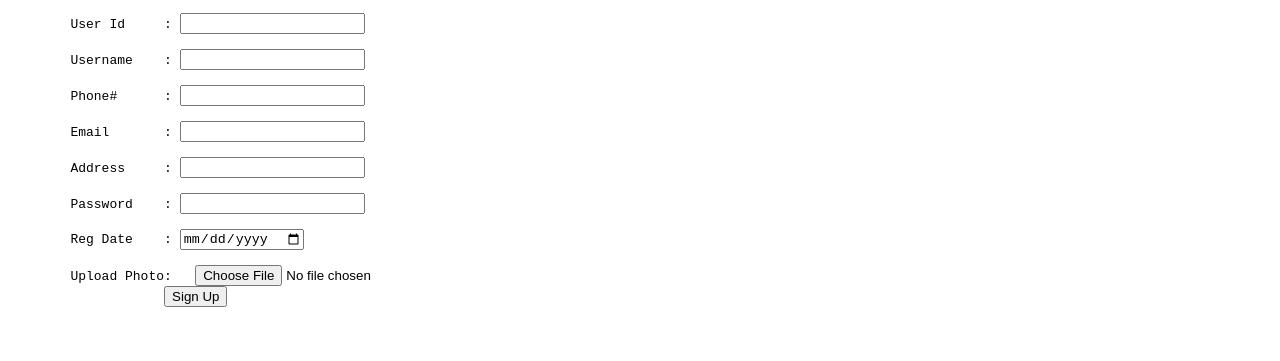
Repository: blackburn99/E-Learning-Project
Page: http://localhost/e-learning-project-frontend/registration.jsp
The author's editor kept a copy of each file at every save. The page is drawn from the files as they stood at one save, then again after the next save.
The browser window is 1280 px wide. The pictures show the whole page.
The page is served by Tomcat 9.

Above is the page before, as saved 2021-08-18 05:11:28.

After the next save:
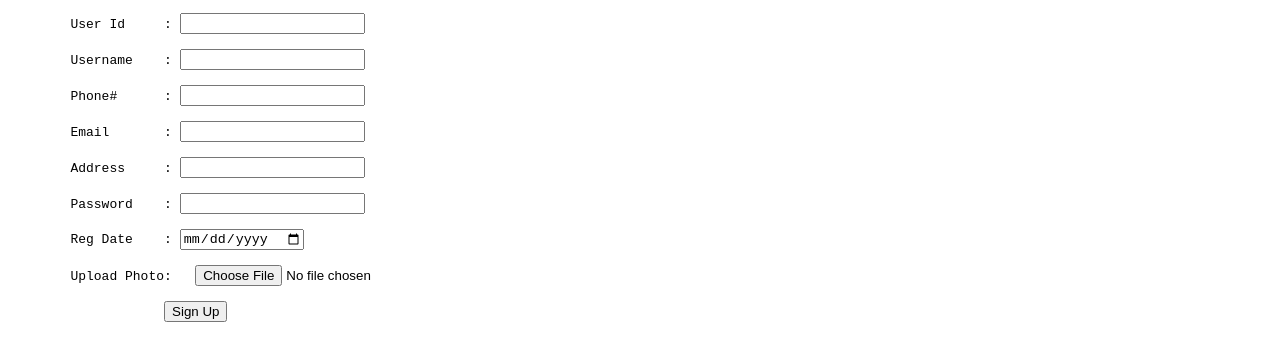
Saved 31 s later.
--- a/e-learning-project-frontend/src/main/webapp/registration.jsp
+++ b/e-learning-project-frontend/src/main/webapp/registration.jsp
@@ -16,7 +16,7 @@
         Address     : <input type="address" name="address" /><br>
         Password    : <input type="password" name="password" /><br>
         Reg Date    : <input type="date" name="reg_date" /><br>
-        Upload Photo:   <input type="file" name="upload_photo" id="fileToUpload">
+        Upload Photo:   <input type="file" name="upload_photo" id="fileToUpload" /><br>
                     <input type="submit" value="Sign Up" /><br>
        </pre>
      </form>
